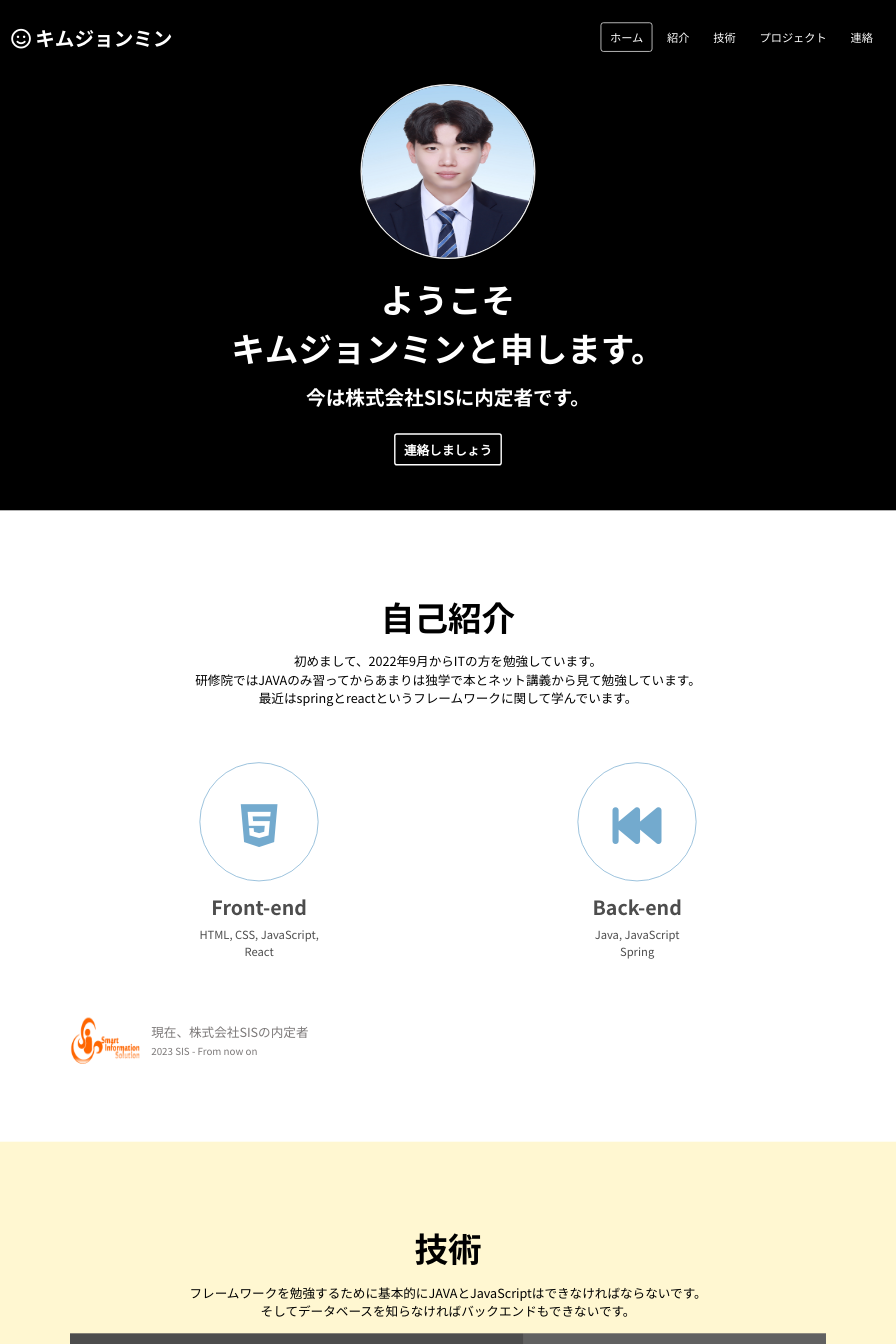
Repository: N1C0N1C0/website_introduction
Page: index.html
These files come from the project's save history. The page is drawn as it stood at one moment and after the next save; the edit follows.
The browser window is 1280 px wide. The pictures show the part of the page from y = 0 to 1920 px (the page is 4848 px tall), at 70% of full size.
Some web libraries are served in a nearby version.

Above is the page before, as saved 2023-08-29 03:45:28.

### index.html
<!DOCTYPE html>
<html lang="en">
  <head>
    <meta charset="UTF-8" />
    <meta name="viewport" content="width=device-width, initial-scale=1.0" />
    <title>自己紹介</title>
    <meta
      name="description"
      content="Portfolio for engineer KimJeongmin"
    />
    <meta name="author" content="Kim" />
    <link rel="icon" type="image/icon" href="imgs/file-pdf-solid.svg" />
    <script src="https://kit.fontawesome.com/04742e9fab.js" crossorigin="anonymous"></script>
    <link href="https://fonts.googleapis.com/css2?family=Noto+Sans+JP:wght@300;400;500&display=swap" rel="stylesheet">

    <link rel="stylesheet" href="style.css" />
    <script src="main.js" defer></script>
  </head>
  <body>
    <!-- Navbar -->
    <nav id="navbar">
      <div class="navbar__logo">
        <i class="fa-regular fa-face-smile"></i>
        <a href="#">キムジョンミン</a>
      </div>
        <ul class="navbar__menu">
          <li class="navbar__menu__item active" data-link="#home">ホーム</li>
          <li class="navbar__menu__item" data-link="#about">紹介</li>
          <li class="navbar__menu__item" data-link="#skills">技術</li>
          <li class="navbar__menu__item" data-link="#work">プロジェクト</li>
          <li class="navbar__menu__item" data-link="#contact">連絡</li>
        </ul>

      <!-- Toggle button -->
      <button class="navbar__toggle-btn">
        <i class="fa-solid fa-bars"></i>
      </button>
    </nav>

    <!-- Home -->
    <section id="home">
      <div class="home__container">
      <img src="imgs/kimu.jpg" alt="Anzang" class="home__avatar" />
      <h1 class="home__title">ようこそ <br />キムジョンミンと申します。</h1>
      <h2 class="home__description">
        今は株式会社SISに内定者です。
      </h2>
      <button class="home__contact">連絡しましょう</button>
    </div>
    </section>
    <!-- About -->
    <section id="about" class="section" class="section__container">
      <h1>自己紹介</h1>
      <p>
        初めまして、2022年9月からITの方を勉強しています。<br>
        研修院ではJAVAのみ習ってからあまりは独学で本とネット講義から見て勉強しています。<br>
        最近はspringとreactというフレームワークに関して学んでいます。
      <div class="about__majors">
        <div class="major">
          <div class="major__icon">
            <i class="fa-brands fa-html5"></i>
          </div>
          <h2 class="major__title">Front-end</h2>
          <div class="major__description">
            HTML, CSS, JavaScript,
            <br />React
          </div>
        </div>
        <div class="major">
          <div class="major__icon">
            <i class="fa-sharp fa-solid fa-backward-fast"></i>
          </div>
          <h2 class="major__title">Back-end</h2>
          <div class="major__description">
            Java, JavaScript
            <br />
            Spring
          </div>
        </div>
      </div>
      <div class="about__jobs">
        <div class="job">
          <img src="imgs/sis_image.png" alt="sis" class="job__logo" style="width: 100px; height: 70px;"/>
          <div class="job_description">
            <p class="job__name">
              現在、株式会社SISの内定者
            </p>
            <p class="job__period">2023 SIS - From now on</p>
          </div>
        </div>
      </div>
    </section>

    <!-- Skills -->
    <section id="skills" class="section">
      <div class="section__container">
      <h1>技術</h1>
      <p>
        フレームワークを勉強するために基本的にJAVAとJavaScriptはできなければならないです。<br>
        そしてデータベースを知らなければバックエンドもできないです。
      </p>
      <div class="skillset">
        <div class="skillset__left">
          <h3 class="skillset__title">Skills</h3>
          <div class="skill">
            <div class="skill__description">
              <span>HTML</span>
              <span>90%</span>
            </div>
            <div class="skill__bar">
              <div class="skill__value" style="width: 90%;"></div>
            </div>
          </div>
          <div class="skill">
            <div class="skill__description">
              <span>CSS</span>
              <span>80%</span>
            </div>
            <div class="skill__bar">
              <div class="skill__value" style="width: 80%;"></div>
            </div>
          </div>
          <div class="skill">
            <div class="skill__description">
              <span>JAVASCRIPT</span>
              <span>70%</span>
            </div>
            <div class="skill__bar">
              <div class="skill__value" style="width: 70%;"></div>
            </div>
          </div>
          <div class="skill">
            <div class="skill__description">
              <span>JAVA</span>
              <span>70%</span>
            </div>
            <div class="skill__bar">
              <div class="skill__value" style="width: 70%;"></div>
            </div>
          </div>
          <div class="skill">
            <div class="skill__description">
              <span>Spring</span>
              <span>50%</span>
            </div>
            <div class="skill__bar">
              <div class="skill__value" style="width: 50%;"></div>
            </div>
          </div>
          <div class="skill">
            <div class="skill__description">
              <span>REACT</span>
              <span>30%</span>
            </div>
            <div class="skill__bar">
              <div class="skill__value" style="width: 30%;"></div>
            </div>
          </div>
        </div>
        <div class="skillset__right">
          <div class="tools">
            <h3 class="skillset__title">Tools</h3>
            <ul class="tools__list">
              <li><span>Visual Studio Code</span></li>
              <li><span>IntelliJ</span></li>
              <li><span>Eclipse</span></li>
            </ul>
          </div>
          <br>
          <div class="etc">
            <h3 class="skillset__title">Etc</h3>
            <ul class="ect__list">
              <li><span>Git</span></li>
              <li><span>MySQL</span></li>
              <li><span>Oracle</span></li>
              <li><span>Postman</span></li>
            </ul>
          </div>
        </div>
      </div>
    </div>
    </section>
    <!-- Work -->
    <section id="work" class="section">
      <div class="section__container">
      <h1>プロジェクト</h1>
      <div class="work__categories">
        <button class="category__btn selected" data-filter="*">
          All<span class="category__count">6</span>
        </button>
        <button class="category__btn" data-filter="front-end">
          Front-end<span class="category__count">2</span>
        </button>
        <button class="category__btn" data-filter="back-end">
          Back-end<span class="category__count">4</span>
        </button>
      </div>

      <div class="work__projects">
        <a
          href="https://www.youtube.com/@dream-coding"
          class="project"
          target="_blank"
          data-type="front-end"
        >
          <img
            src="imgs/projects/안종민.png"
            alt="Anzang"
            class="project__img"
          />
          <div class="project__description">
            <h3>Youtube Site</h3>
            <span>Clone coding with HTML and CSS</span>
          </div>
        </a>
        <a
          href="https://www.youtube.com/@dream-coding"
          class="project"
          target="_blank"
          data-type="front-end"
        >
          <img
            src="imgs/projects/안종민.png"
            alt="NCS"
            class="project__img"
          />
          <div class="project__description">
            <h3>NCS試験(JSP)</h3>
            <span>情報処理産業技師を取るために何も参考しなくて掲示板を作ることができます。</span>
          </div>
        </a>
        <a
          href="https://github.com/N1C0N1C0/JSP-HRD0620"
          class="project"
          target="_blank"
          data-type="back-end"
        >
          <img
            src="imgs/projects/안종민.png"
            alt="Anzang"
            class="project__img"
          />
          <div class="project__description">
            <h3>Youtube Site</h3>
            <span>Clone coding with HTML and CSS</span>
          </div>
        </a>
        <a
          href="https://www.youtube.com/@dream-coding"
          class="project"
          target="_blank"
          data-type="back-end"
        >
          <img
            src="imgs/projects/안종민.png"
            alt="Anzang"
            class="project__img"
          />
          <div class="project__description">
            <h3>Youtube Site</h3>
            <span>Clone coding with HTML and CSS</span>
          </div>
        </a>
        <a
          href="https://www.youtube.com/@dream-coding"
          class="project"
          target="_blank"
          data-type="back-end"
        >
          <img
            src="imgs/projects/안종민.png"
            alt="Anzang"
            class="project__img"
          />
          <div class="project__description">
            <h3>Youtube Site</h3>
            <span>Clone coding with HTML and CSS</span>
          </div>
        </a>
        <a
          href="https://www.youtube.com/@dream-coding"
          class="project"
          target="_blank"
          data-type="back-end"
        >
          <img
            src="imgs/projects/안종민.png"
            alt="Anzang"
            class="project__img"
          />
          <div class="project__description">
            <h3>Youtube Site</h3>
            <span>Clone coding with HTML and CSS</span>
          </div>
        </a>
      </div>
      </div>
    </section>
    <!-- Contact -->
    <section id="contact" class="section">
      <h1 class="contact__title">話しましょう！</h1>
      <h2 class="contact__email">dothd8775@gmail.com</h2>
      <div class="contact__links">
        <a href="https://github.com/N1C0N1C0" target="_blank">
          <i class="fa-brands fa-github"></i>
        </a>
        <a href="https://github.com/N1C0N1C0" target="_blank">
          <i class="fa-brands fa-square-git"></i>
        </a>
      </div>
      <p class="contact__rights">
        2023 個人プロジェクト - All rights reserved
      </p>
    </section>

    <!-- Arrow up -->
    <button class="arrow__up">
      <i class="fa-solid fa-arrow-up"></i>
    </button>
  </body>
</html>

### style.css
/* Global */
:root {
    /* Color */
    --color-white: #fff;
    --color-light-white: #eee;
    --color-dark-white: #bdbdbd;
    --color-pink: #fe918d;
    --color-dark-pink: #ff6863;
    --color-black: #4d4d4d;
    --color-dark-grey: #4d4d4d;
    --color-grey: #616161;
    --color-light-grey: #7c7979;
    --color-blue: #73aace;
    --color-yellow: #fff7d1;
    --color-orange: #feb546;
    --color-black: #000;

    /* Font size */
    --font-large: 48px;
    --font-medium: 28px;
    --font-regular: 18px;
    --font-small: 16px;
    --font-micro: 14px;

    /* Font weight */
    --weight-bold: 700;
    --weight-semi-bold: 600;
    --weight-regular: 400;

    /* Size */
    --size-border-radius: 4px;

    /* Animation */
    --animation-duration: 300ms;
}

/* Universal tags */
* {
    box-sizing: border-box;
}

body {
    font-family: 'Noto Sans JP', sans-serif;
    margin: 0;
    cursor: default;
}

a {
    text-decoration: none;
    color: var(--color-white);
}

ul {
    list-style: none;
    padding-left: 0;
}

button {
    background-color: transparent;
    cursor: pointer;
    border: none;
    outline: none;
    padding: 0;
}

/* Typography */
h1 {
    font-size: var(--font-large);
    font-weight: var(--weight-bold);
    color: var(--color-black);
    margin: 16px 0;
}

h2 {
    font-size: var(--font-medium);
    font-weight: var(--weight-semi-bold);
    color: var(--color-black);
    margin: 8px 0;
}

h3 {
    font-size: var(--font-regular);
    font-weight: var(--weight-regular);
    color: var(--color-black);
    margin: 8px 0;
}

p {
    font-size: var(--font-regular);
    font-weight: var(--weight-regular);
    color: var(--color-black);
    margin: 4px 0;
}

/* Navbar */
#navbar {
    position: fixed;
    width: 100%;
    display: flex;
    justify-content: space-between;
    background-color: transparent;
    align-items: center;
    color: var(--color-white);
    padding: 16px;
    transition: all var(--animation-duration) ease-in-out;
    z-index: 1;
}

#navbar.navbar--dark {
    background-color: var(--color-black);
    padding: 16px;

}

.navbar__menu {
    display: flex;
}

.navbar__logo {
    font-size: var(--font-medium);
    font-weight: var(--weight-semi-bold);
}

.navbar__menu__item {
    padding: 8px 12px;
    margin: 0 4px;
    cursor: pointer;
    color: var(--color-white);
    border: 1px solid transparent;
    border-radius: var(--size-border-radius);
}

.navbar__menu__item.active {
    border: 1px solid var(--color-white);
}

.navbar__menu__item:hover {
    border-color: var(--color-white);
    background-attachment: var(--color-dark-grey);
}

.navbar__toggle-btn {
    position: absolute;
    top: 20px;
    right: 32px;
    font-size: 24px;
    color: var(--color-white);
    display: none;
}

/* Home */
#home {
    background-color: var(--color-black);
    padding: 40px;
    padding-top: 120px;
    text-align: center;
}

.home__avatar {
    width: 250px;
    height: 250px;
    border-radius: 50%;
    border: 2px solid var(--color-light-white);
}

.home__title,
.home__description {
    color: var(--color-white);
}

.home__contact {
    color: var(--color-white);
    font-size: var(--font-regular);
    font-weight: var(--weight-bold);
    margin: 24px;
    padding: 8px 12px;
    border: 2px solid var(--color-white);
    border-radius: var(--size-border-radius);
}

.home__contact:hover {
    background-color: var(--color-orange);
}

/* Section common */
.section {
    padding: 100px;
    text-align: center;
    margin: auto;
}

.section__container {
    max-width: 1200px;
    margin: auto;
}

/* About */
.about__majors {
    display: flex;
    justify-content: space-around;
    margin: 80px 0;
}

.major__icon {
    width: 170px;
    height: 170px;
    line-height: 170px;
    font-size: 70px;
    margin: auto;
    color: var(--color-blue);
    border: 1px solid var(--color-blue);
    border-radius: 50%;
    margin-bottom: 16px;
}
.major__icon i {
    transition: all var(--animation-duration) ease;
}
.major__icon:hover i {
    color: var(--color-pink);
    transform: rotate(-45deg) scale(1.1);
}
.major__title, .major__description {
    color: var(--color-dark-grey);
}

.major__description {
    font-size: var(--font-small);
}

.job {
    display: flex;
    align-items: center;
    margin-bottom: 10px;
}

.job_description {
    margin: 0 16px;
    text-align: left;
}

.job__name,
.job__period {
    color: var(--color-light-grey);
}

.job__name {
    font-size: var(font-small);
}

.job__period {
    font-size: var(--font-micro);
}

/* Skill */

#skills {
    background-color: var(--color-yellow);
}

.skillset {
    display: flex;
    background-color: var(--color-light-grey);
    color: var(--color-light-white);
    margin: 20px 0;
}

.skillset__title {
    color: var(--color-white);
}

.skill {
    margin-bottom: 32px;
}

.skill__description {
    display: flex;
    justify-content: space-between;
}

.skillset__left {
    flex-basis: 60%;
    background-color: var(--color-dark-grey);
    padding: 20px 40px;
}

.skill__bar {
    width: 100%;
    height: 3px;
    background-color: var(--color-grey);
}

.skill__value {
    height: 3px;
    background-color: var(--color-orange);
}

.skillset__right {
    flex-basis: 40%;
}

.tools {
    background-color: var(--color-grey);
}

.tools,
.etc {
    padding: 20px;
}

/* Work */

.work_categories {
    margin: 40px;
}

.category__btn {
    border: 1px solid var(--color-dark-white);
    border-radius: var(--size-border-radius);
    font-size: var(--font-regular);
    padding: 8px 48px;
    position: relative;
}

.category__btn.selected,
.category__btn:hover {
    background-color: var(--color-pink);
    color: var(--color-white);
}

.category__btn.selected .category__count,
.category__btn:hover .category__count {
    opacity: 1;
}
.category__count {
    background-color: var(--color-orange);
    border-radius: 50%;
    color: var(--color-white);
    margin-left: 5px;
    width: 24px;
    height: 24px;
    line-height: 24px;
    display: inline-block;
    position: absolute;
    top: 5px;
    right: 16px;
    opacity: 0;
    transition: all var(--animation-duration) ease;
}

.work__projects {
    display: flex;
    flex-wrap: wrap;
    justify-content: center;
    opacity: 1;
    transition: all var(--animation-duration) ease-out;
}

.work__projects.anim-out {
    opacity: 0;
    transform: scale(0.96) translateY(40px);

}

.project {
    position: relative;
    display: flex;
    flex-direction: column;
    justify-content: center;
    width: 580px;
    height: 250px;
    margin: 2px;
    background-color: var(--color-light-white);
}

.project.invisible {
    display: none;
}

.project__img {
    max-width: 100%;
    max-height: 100%;
    align-self: center;
}

.project__description {
    position: absolute;
    background-color: black;
    display: flex;
    flex-direction: column;
    justify-content: center;
    width: 100%;
    height: 100%;
    top: 0;
    left: 0;
    opacity: 0;
    transform: translateY(15px);
    transition: all var(--animation-duration) ease-in;
}

.project:hover .project__description {
    opacity: 0.8;
    transform: translateY(0px);
}

.project__description h3 {
    color: var(--color-orange);
}

.project__description h3:after {
    content: '';
    display: block;
    position: relative;
    left: 50%;
    width: 50px;
    height: 2px;
    transform: translateX(-25%);
    margin-left: -12px;
    margin-top: 8px;
    background-color: var(--color-dark-white);
}



/* Contact */
#contact {
    background-color: var(--color-black);
}

.contact__title,
.contact__email,
.contact__rights {
    color: var(--color-white);
}

.contact__title {
    margin: 32px 0;
}

.contact__links {
    font-size: var(--font-large);
    margin: 24px 0;
}

.contact__links i:hover {
    transform: scale(1.1);
    color: var(--color-yellow);
    transition: all var(--animation-duration) ease-in;
}

/* Scroll */
.arrow__up {
    position: fixed;
    bottom: 50px;
    right: 50px;
    width: 70px;
    height: 70px;
    font-size: 50px;
    color: var(--color-white);
    background-color: var(--color-black);
    border-radius: 50%;
    opacity: 0;
    pointer-events: none;
    transition: all var(--animation-duration) ease-in;
}

.arrow__up.visible {
    opacity: 1;
    pointer-events: auto;
}

/* For below 768px screen width */
@media screen and (max-width: 768px) {
    :root {
        /* Font size */
        --font-large: 30px;
        --font-medium: 18px;
        --font-regular: 16px;
        --font-small: 14px;
        --font-micro: 12px;
    }

    .navbar__toggle-btn {
        display: block;
        top: 16px;
        right: 16px;
        font-size: var(--font-medium);
    }

    #navbar {
        flex-direction: column;
        align-items: flex-start;
        background-color: var(--color-black);
    }

    #navbar.navbar--dark {
        padding: 16px;
    }

    .navbar__menu {
        flex-direction: column;
        text-align: center;
        width: 100%;
        display: none;
    }

    .navbar__menu.open {
        display: block;
    }

    .section {
        padding: 16px;
        padding-top: 40px;
    }

    .about__majors {
        flex-direction: column;
        margin-top: 30px;
        margin-bottom: 0;
    }

    .major {
        margin-bottom: 30px;
    }

    .skillset {
        flex-direction: column;
    }

    .category__btn {
        margin: 4px 0;
    }

    .work__categories {
        display: flex;
        flex-direction: column;
        margin-bottom: 10px;
    }

    .project {
        flex-grow: 1;
    }

    .testimonial {
        flex-direction: column;
        align-items: center;
    }

    .testimonial__avatar {
        width: 120px;
        height: 120px;
    }

    .testimonial__avatar:nth-child(odd),
    .testimonial__avatar:nth-child(even) {
        margin: 0;
        margin-bottom: 8px;
    }

    .testimonial__speech-bubble {
        order: 1;
    }

    .arrow__up {
        width: 50px;
        height: 50px;
        font-size: 30px;
        right: 16px;
        bottom: 16px;
    }
}

Loaded but not shown: main.js (153 lines, source omitted)

After the next save:
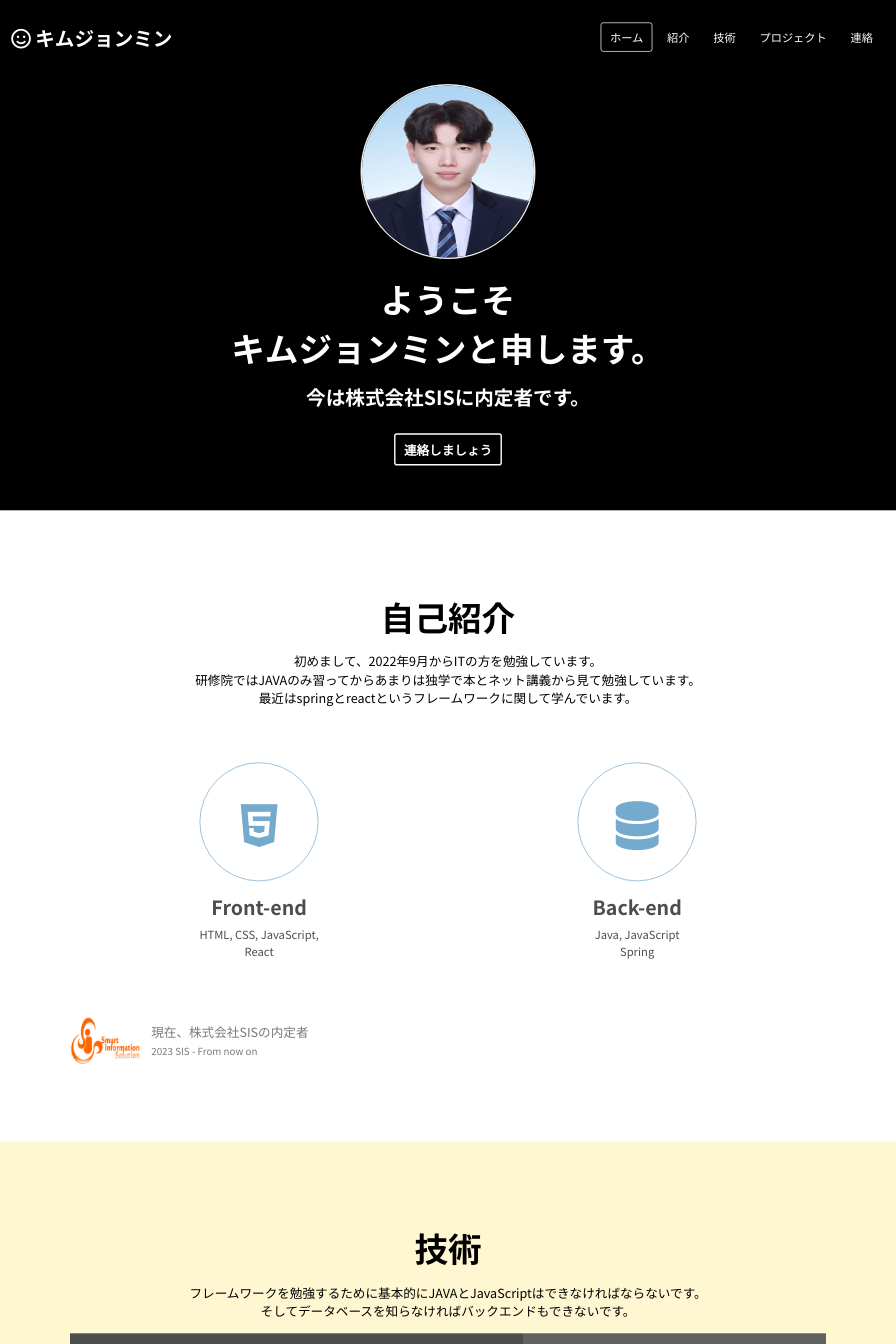
Saved 7 h 27 min later.
--- a/index.html
+++ b/index.html
@@ -68,7 +68,7 @@
         </div>
         <div class="major">
           <div class="major__icon">
-            <i class="fa-sharp fa-solid fa-backward-fast"></i>
+            <i class="fa-solid fa-database"></i>
           </div>
           <h2 class="major__title">Back-end</h2>
           <div class="major__description">
